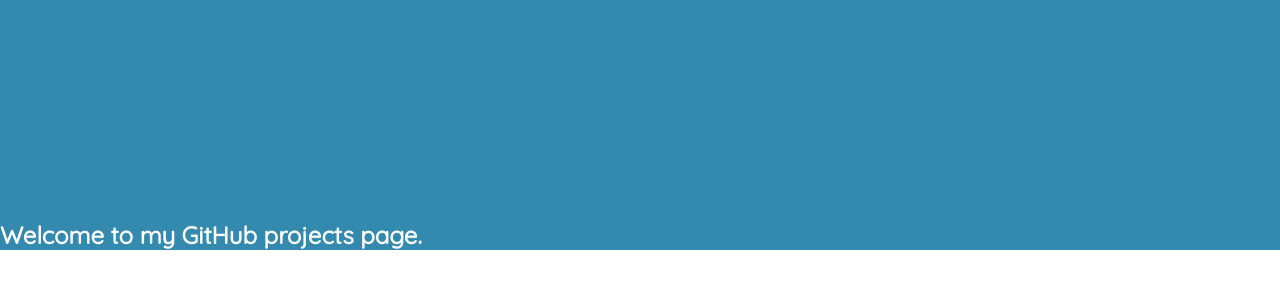
Repository: Booyanach/booyanach.github.io
Page: index.html
The author's editor kept a record of every edit. The page is drawn from the files as they stood at one moment, then again after the next edit.
The browser window is 1280 px wide. The pictures show the whole page.
Some web libraries are served in a nearby version.

Above is the page before.
Console error: SyntaxError: Unexpected token ';'

### index.html
<HTML>
    <HEAD>
        <link href='//fonts.googleapis.com/css?family=Quicksand:300,400' rel='stylesheet' type='text/css'>
        <link rel="stylesheet" href="css/booya.css" type="text/css" />
        <script src="//ajax.googleapis.com/ajax/libs/jquery/2.1.1/jquery.min.js"></script>
        <script type="text/javascript" src="js/booya.js"></script>
    </HEAD>
    <BODY>
        <content>
            <div class="header">
                <div class="loadMe avatar_url image"></div>
                <div class="loadMe name text"></div>
                <h2>Welcome to my GitHub projects page.</h2>
            </div>
            <div class="body">
                <div class="projects">
                    <table>
                    </table>
                </div>
            </div>
        </content>
    </BODY>
</HTML>

### css/booya.css
* {
    margin: 0;
    padding: 0;
}

body {
    font-family: 'Quicksand', sans-serif;
    font-weight: 100;
    color: #FFFFFF;
}

.content {
    position: relative;
    width: 100%;
    height: 100%;
    text-align: center;
}

.header {
    top: 0;
    left: 0;
    right: 0;
    position: absolute;
    background-color: #3489AF;
}

.avatar_url {
    width: 200px;
    height: 200px;
    margin: auto;
    margin-top: 10px;
    margin-right: auto;
    margin-bottom: 10px;
    border-radius: 200px;
    background-size: 200px 200px;
}

.name {
    font-size: 25px;
    font-weight: 600;
    margin-bottom: 10px;
}

### js/booya.js
$(document).ready(function() {
    var module = function() {
        var self = this;

        self.loadMe();
        self.loadProjects();
    };

    module.prototype.loadProjects = function() {
      $.get('https://api.github.com/users/booyanach/repos', function(response) {
      });
    };

    module.prototype.loadMe = function() {
      $.get('https://api.github.com/users/booyanach', function(response) {
          var classes = Object.keys(response);
          $.each(classes, function(idx, item) {
             var value = response[item];

             $('.loadMe').each(function(i, elm) {
                 var element = $(this);

                 if (element.hasClass(item)) {
                     if (element.hasClass('text')) {
                        $(this).html(response[item]);
                     } else if(element.hasClass('image')) {
                         $(this).css({
                             'background-image': 'url("' + response[item] + '")';
                         })
                     }
                 }
             })
          });
      });
    };

    var booya = new module();
});

After the next edit:
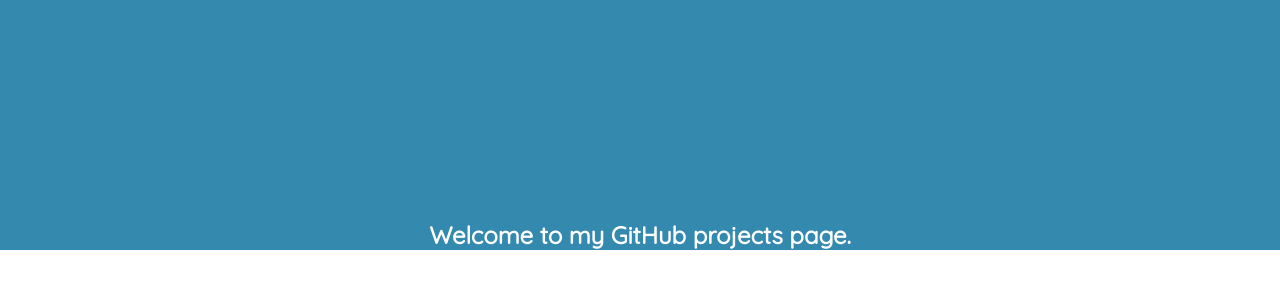
The edit:
--- a/index.html
+++ b/index.html
@@ -6,7 +6,7 @@
         <script type="text/javascript" src="js/booya.js"></script>
     </HEAD>
     <BODY>
-        <content>
+        <div class="content">
             <div class="header">
                 <div class="loadMe avatar_url image"></div>
                 <div class="loadMe name text"></div>
